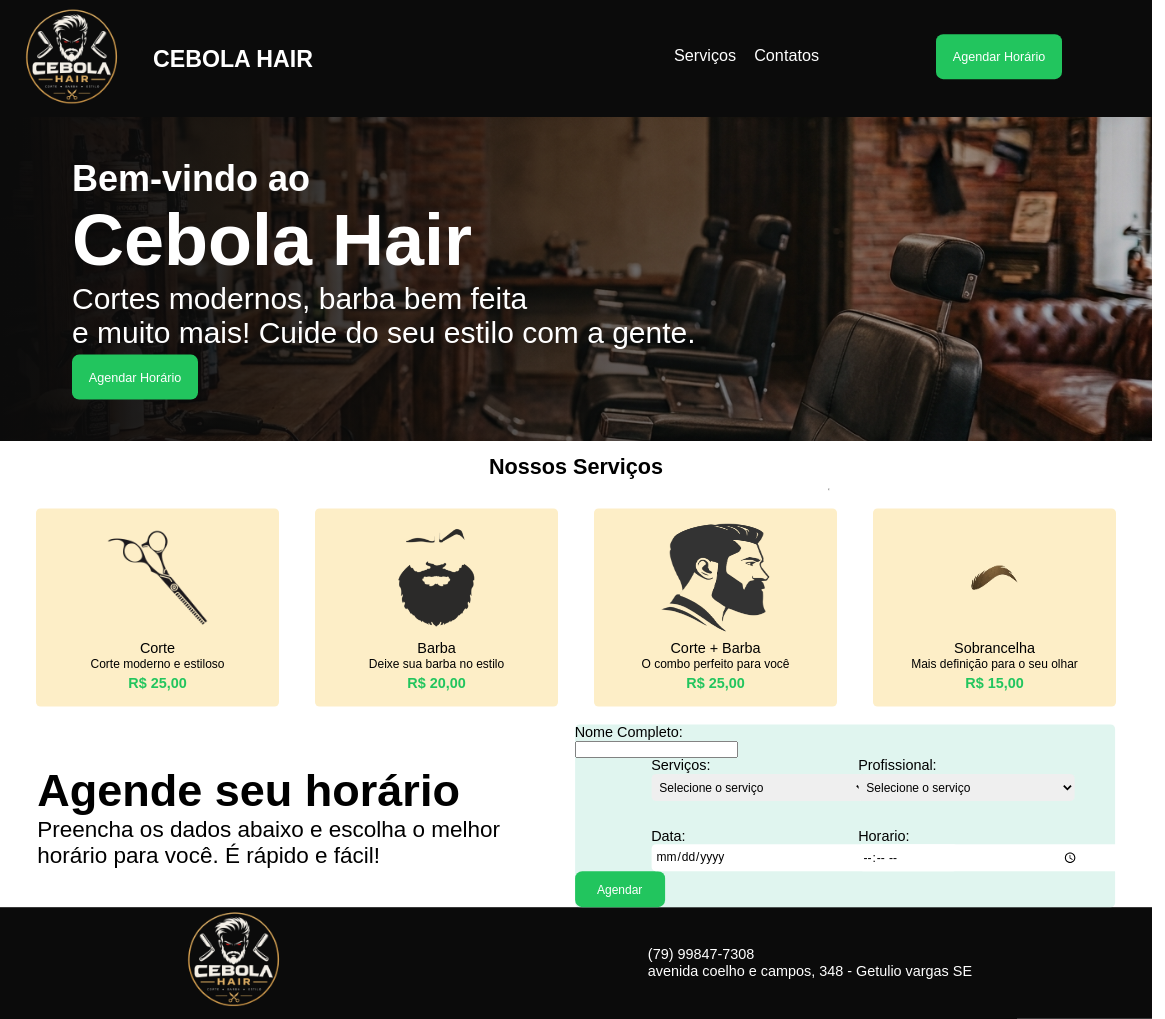
Repository: antonymsantana-design/final.activitie1
Page: index.html
The author's editor kept a copy of each file at every save. The page is drawn from the files as they stood at one save, then again after a run of saves.
The browser window is 1280 px wide. The page is 1294 px wide, then 1280 px, so the pictures cover 1294 px, including what lies to the right of the window. The pictures show the whole page, at 90% of full size.

Above is the page before, as saved 2026-09-15 19:50:02.

After the next 6 saves:
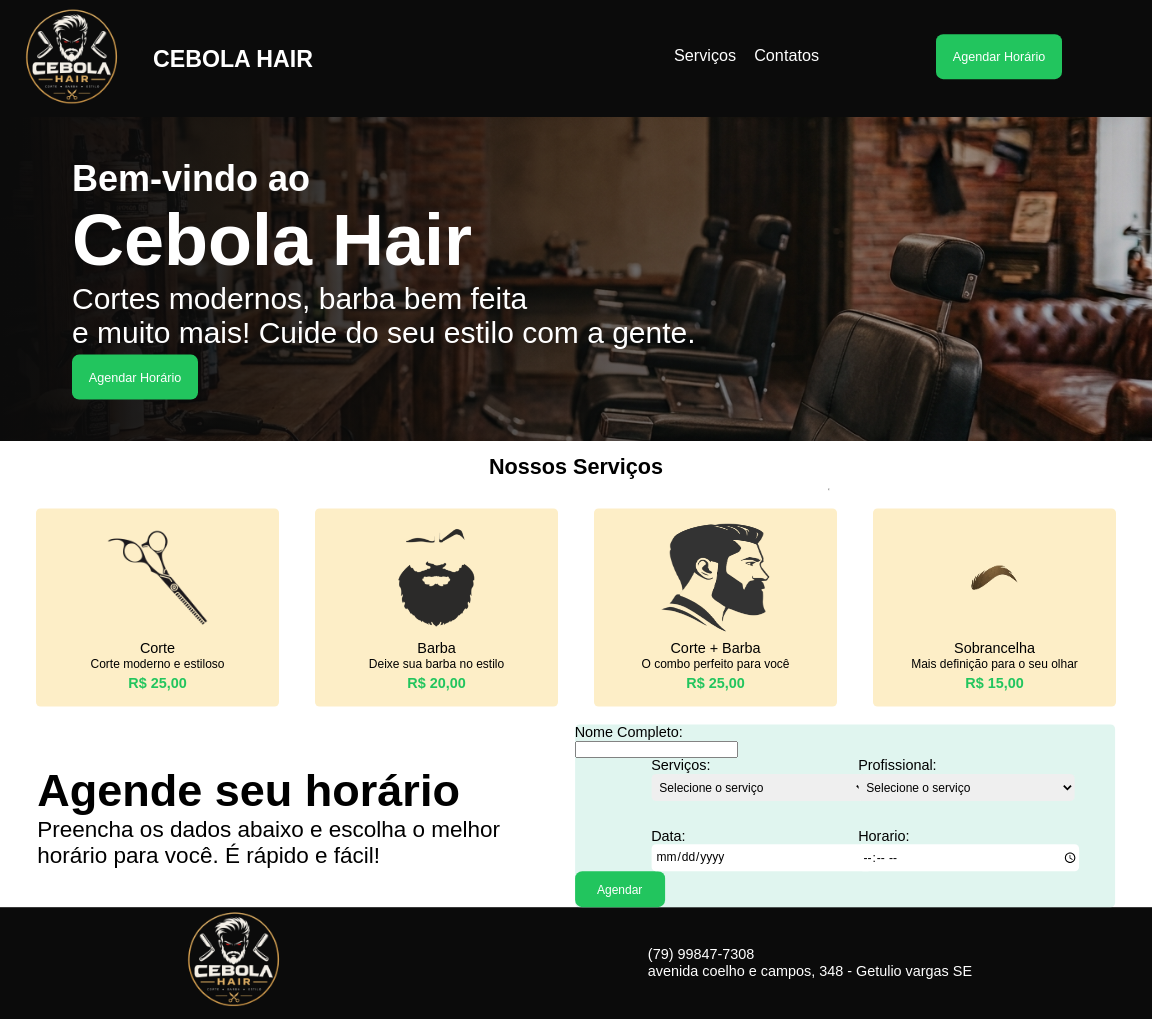
The 6 saves are shown as one change because they came seconds apart.
The last was saved 19 s later.
--- a/style.css
+++ b/style.css
@@ -197,7 +197,7 @@ footer{
     border-radius: 5px;
     border: none;
     padding-left: 5px;
-    padding-right: 95px;
+    margin-right: 20px;
 }
 
 .agendarbtn{
